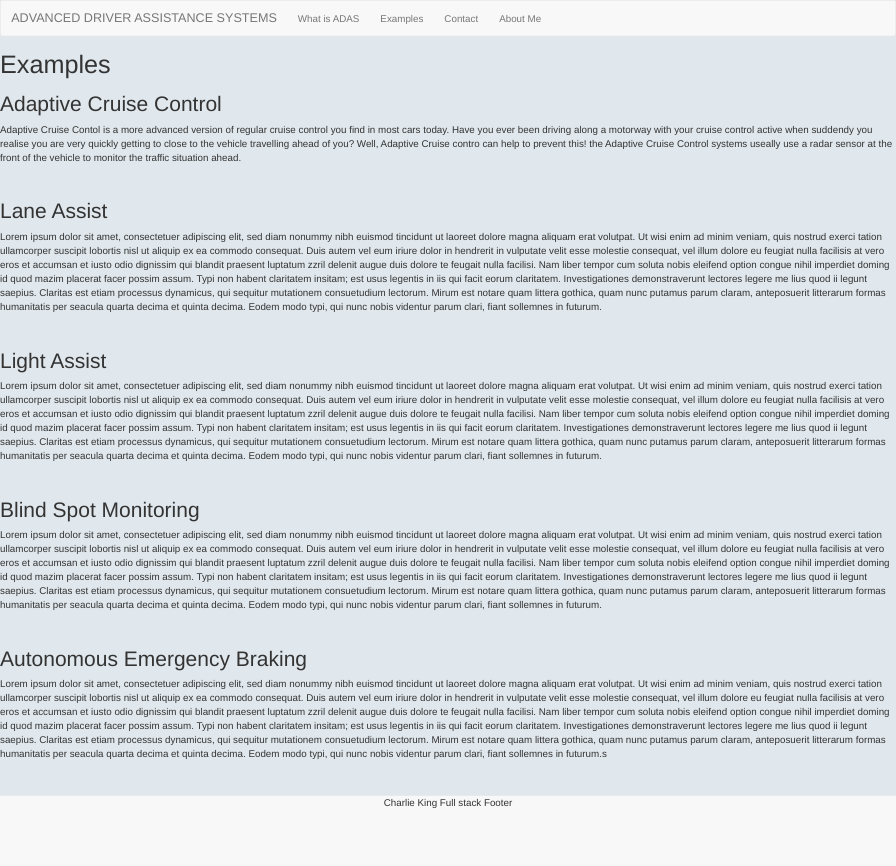
Repository: Cha-K28/First-Milestone-Project
Page: examples.html
The author's editor kept a record of every edit. The page is drawn from the files as they stood at one moment, then again after the next edit.
The browser window is 1280 px wide. The pictures show the part of the page from y = 0 to 1920 px (the page is 1237 px tall before and 2709 px after), at 70% of full size.

Above is the page before.

After the next edit:
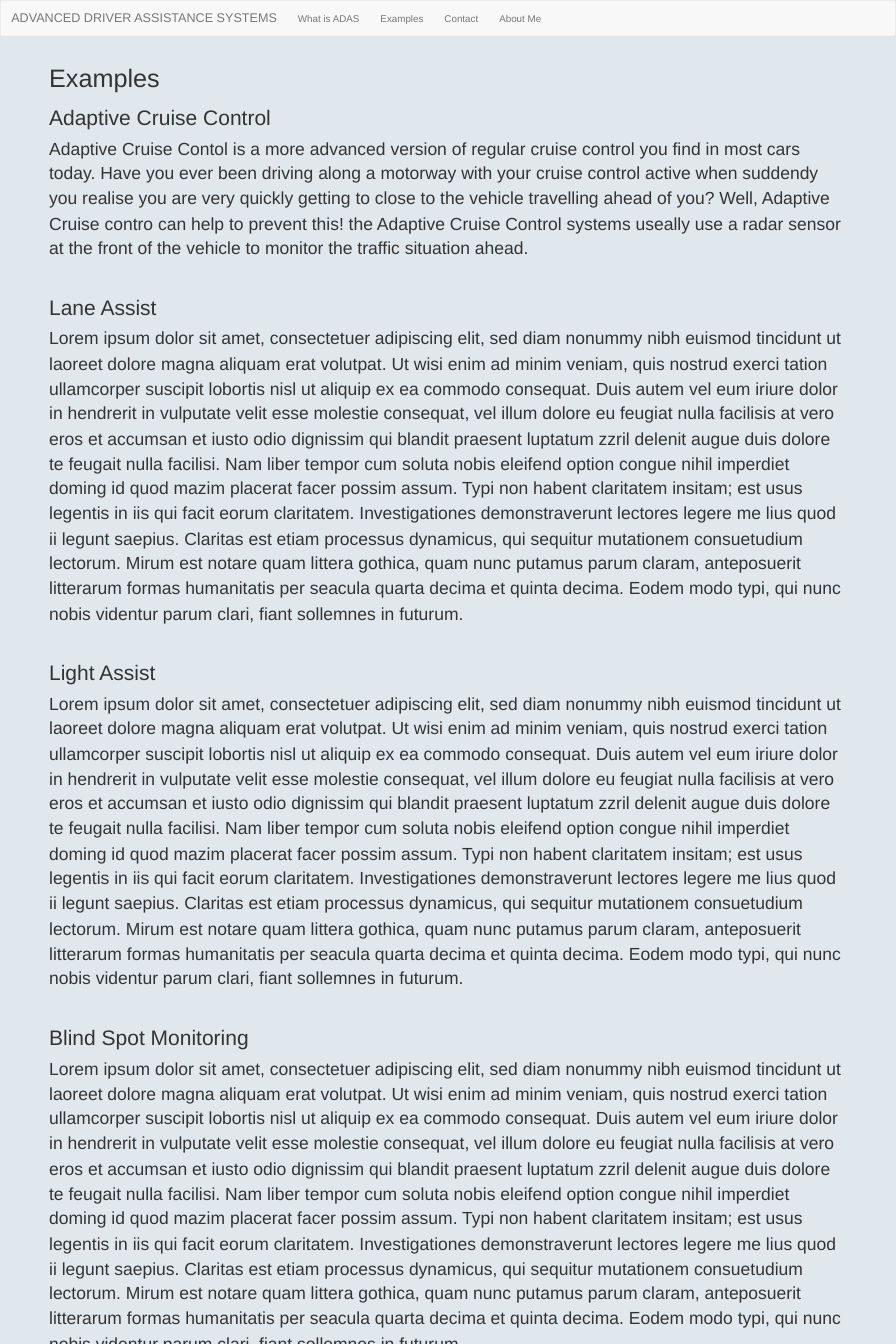
The edit:
--- a/examples.html
+++ b/examples.html
@@ -29,7 +29,7 @@
         </nav>
     </header>
     <!-- End header  -->
-    <content>
+    <div class="container">
         <h1>Examples</h1>
         <h2>Adaptive Cruise Control</h2>
         <p>Adaptive Cruise Contol is a more advanced version of regular cruise control you find in most cars today. Have you ever been driving along a motorway with your cruise control active when suddendy you realise you are very quickly getting to close
